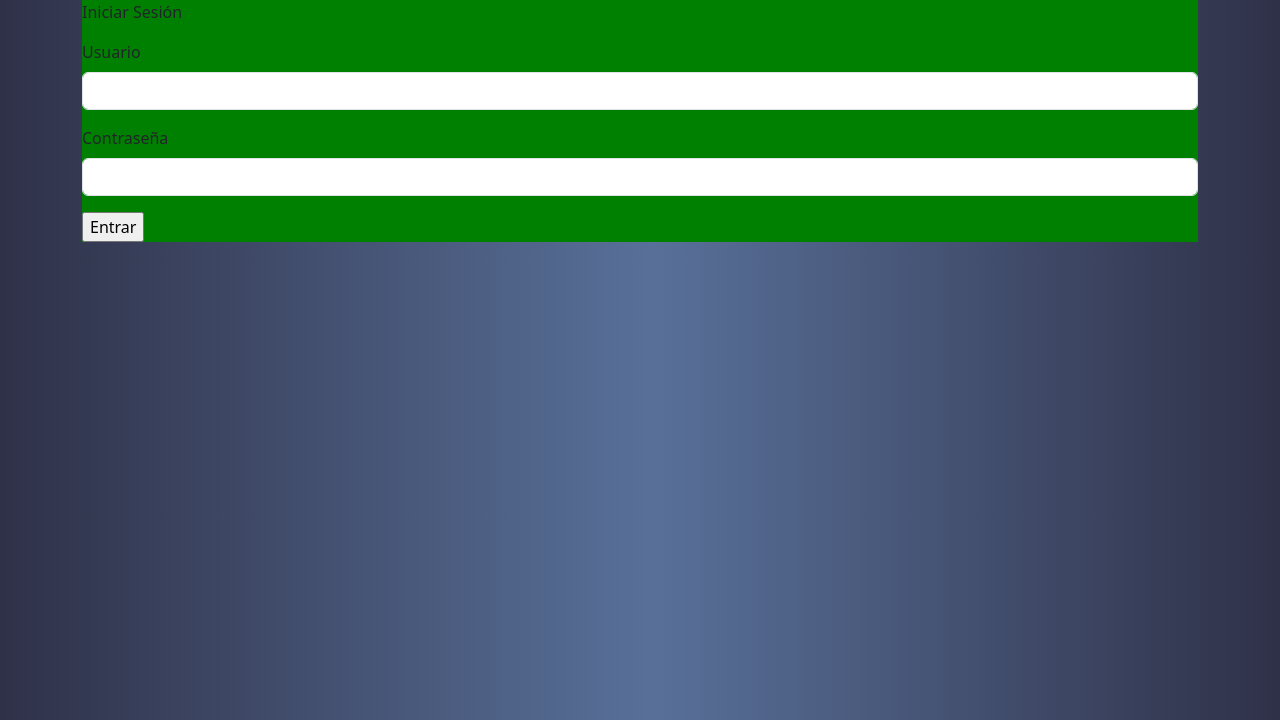
Repository: ingandresmolero/AdministrativoBarber
Page: http://localhost/
The author's editor kept a copy of each file at every save. The page is drawn from the files as they stood at one save, then again after the next save.
The browser window is 1280 px wide. The pictures show the whole page.
The page is run by PHP 8.4 with error messages shown; the project is at /var/www/html/. Style sheets and scripts are compiled from the project's sources, by tool versions that may differ from the author's.

Above is the page before, as saved 2023-04-25 21:44:07.

### NEW/index.php
<?php include('php/login.php'); ?>
<!DOCTYPE html>
<html lang="en">

<head>
    <meta charset="UTF-8">
    <meta http-equiv="X-UA-Compatible" content="IE=edge">
    <meta name="viewport" content="width=device-width, initial-scale=1.0">
    <link href="https://cdn.jsdelivr.net/npm/bootstrap@5.3.0-alpha3/dist/css/bootstrap.min.css" rel="stylesheet" integrity="sha384-KK94CHFLLe+nY2dmCWGMq91rCGa5gtU4mk92HdvYe+M/SXH301p5ILy+dN9+nJOZ" crossorigin="anonymous">
    <link rel="stylesheet" href="../css/styles.min.css">
    <title>Login</title>
</head>

<body class="login-page">

    <section class="container">
        <div class="box">
            <p>Iniciar Sesión</p>
            <form action="" method="post">

                    <div class="mb-3 user">
                        <label for="exampleInputEmail1" class="form-label">Usuario</label>
                        <input type="text" class="form-control" name="usuario" id="exampleInputEmail1" aria-describedby="emailHelp">

                    </div>
                    <div class="mb-3 password">
                        <label for="exampleInputPassword1" class="form-label">Contraseña</label>
                        <input type="password" class="form-control" name="passw" id="exampleInputPassword1">
                    </div>

                    <p><input type="submit" name="login" value="Entrar"></p>
            </form>
        </div>
    </section>
    <script src="https://cdn.jsdelivr.net/npm/bootstrap@5.3.0-alpha3/dist/js/bootstrap.bundle.min.js" integrity="sha384-ENjdO4Dr2bkBIFxQpeoTz1HIcje39Wm4jDKdf19U8gI4ddQ3GYNS7NTKfAdVQSZe" crossorigin="anonymous"></script>
</body>

</html>

### NEW/php/login.php
<?php


  include("dbconn.php");
  session_start();
  if(isset($_POST["login"])){

    if($_POST["usuario"]== "" or $_POST["passw"]==""){
        echo "<center><h1>Usuario y contrasena no deben estar vacios</h1></center>";

}else{
    $username =$_POST["usuario"];
    $passw=$_POST["passw"];
    $query=$conn->prepare("SELECT * FROM usuarios WHERE user='$username' and passw='$passw'");
    $query -> execute();
    $control=$query ->fetch();

    if($control>0){
        $rol = $control['rol'];
        $_SESSION["username"]=$username;
        $_SESSION["rol"] =$rol;
        header("Location:views/dashboard.php");

    }
    echo "<center><h1>Algun dato incorrecto.</h1></center>";
  }

}
?>

### NEW/php/dbconn.php
<?php
try{
    $user = "root";
    $passw = "";
    $conn=new PDO("mysql:host=localhost;dbname=gestionsys",$user,$passw);

}catch(PDOException $e){
    print "Error!: " . $e->getMessage()."<br/>";
    die();
}


?>

### NEW/scss/styles.scss
@import 'components/header';
@import 'components/dashboard';
@import 'components/table-style';
@import 'components/buttons';
@import 'components/navigation';
@import 'components/fonts';
@import 'components/login-page';

### NEW/scss/components/header.scss
nav {
    .navbar-brand img {
        max-width: 50px;
        display: block;
    }
}

### NEW/scss/components/dashboard.scss
.elements {
    display: flex;
    margin: 3rem 0;
    justify-content: center;
    flex-direction: column;

    @media (min-width: 767px) {
        gap: 30px;
        flex-direction: row;
    }

    .card {
        .card-title {
            text-align: center;
        }
        .btn {
            display: block;
            width: max-content;
            margin: 0 auto;
        }

        @media only screen and (min-width: 768px) and (max-width: 979px) {
            text-align: center;
        }

        @media only screen and (max-width: 767px) {
            width: 85%;
            margin: 0 auto 30px;

            &:last-child {
                margin-bottom: initial;
            }
        }
    }
}

### NEW/scss/components/table-style.scss
@import "variables";

.table-responsive-sm {
    margin-bottom: 3rem;
}
.table-style {
    box-shadow: 0 0 20px rgba(0, 0, 0, 0.15);
    thead {
        background-color: $accentColor;
    }

    tr {
        color: #fff;
        line-height: 35px;
    }

    tr th {
        width: 22px;
        max-width: 95px;
        &:first-child {
            border-top-left-radius: 10px;
        }
        &:last-child {
            border-top-right-radius: 10px;
        }

        @media only screen and (max-width: 767px) {
            font-size: 14px;
            text-align: center;
        }
    }

    tbody {
        font-weight: bold;
        th {
            color: $accentColor;
            padding: 12px 10px;
        }

        tr {
            color: $primaryColor;
            &:hover {
                background-color: #f3f3f3;
                color: $accentColor;
                transition: .3s;
                th {
                    color: $accentColor;
                    transition: .3s;
                }
            }

            .action {
                padding: 12px 0;
            }
        }

        td {
            padding: 12px 10px;
            line-height: 22px;
            vertical-align: baseline;
            @media only screen and (max-width: 767px) {
                text-align: center;
                font-size: 14px;
            }
        }
    }
}

### NEW/scss/components/variables.scss
$primaryColor:#587099;
$lightenPrimary: lighten($primaryColor, 20%) !important;
$accentColor: #2F3148;

### NEW/scss/components/buttons.scss
@import "variables";
.table-btn {
    background-color: $accentColor;
    border-radius: 30px;
    border: 1px solid $accentColor;
    color: #fff;
    display: inline-block;
    line-height: initial;
    padding: 5px 20px;
    text-decoration: none;
    transition: .3s;
    font-weight: normal;
    &:hover,
    &:active {
        color: #fff;
        background-color: transparent;
        color: $accentColor;
    }

    @media only screen and (max-width: 767px) {
        padding: 5px 14px;
        font-size: 14px;
    }
}

.btn-style-1 {
    background-color: $accentColor;
    border: 1px solid $accentColor;
    color: #fff;
    display: inline-block;
    padding: 7px 21px;
    text-decoration: none;
    transition: .3s;
    margin-bottom: 12px;
    line-height: 22px;
    &:hover,
    &:active {
        border: 1px solid $accentColor;
        background-color: transparent;
        color: $accentColor;
    }
}

### NEW/scss/components/navigation.scss
@import "variables";

nav .pagination {
    margin-bottom: 2rem;
    @media (min-width: 768px) {
        display: inline-block !important;
        text-align: center;
        width: 100%;
    }
    @media only screen and (max-width: 767px) {
        justify-content: center;
    }
    & > li {
        white-space: nowrap;
        display: inline-block;
        margin: 0 5px;

        &.active a {
            background-color: $accentColor;
            color: #fff;
            pointer-events: none;
            opacity: 0.89;
        }
        &.disabled a {
            background-color: $accentColor;
            color: #fff;
            opacity: 0.89;
        }
        .page-link {
            color: $accentColor;
            padding: 4px 20px;
            border-radius: 30px !important;
            border: 2px solid $accentColor;
            border-color: $accentColor;
            transition: .3s;
            &:hover {
               background-color: $accentColor;
               color: #fff;
            }
        }
    }

    .pnum {
        @media only screen and (max-width: 767px) {
            display: none;
        }
    }
}

### NEW/scss/components/fonts.scss
@import "variables";

.page-heading {
    padding: 3rem 0 2rem;
    text-align: center;
    color: $accentColor;
}

### NEW/scss/components/login-page.scss
@import "variables";

body.login-page {
    background: rgb(47,49,72) !important;
    background: linear-gradient(90deg, rgba(47,49,72,1) 0%, rgba(88,112,153,1) 51%, rgba(47,49,72,1) 100%) !important;
}

.box {
    background-color: green;
}

After the next save:
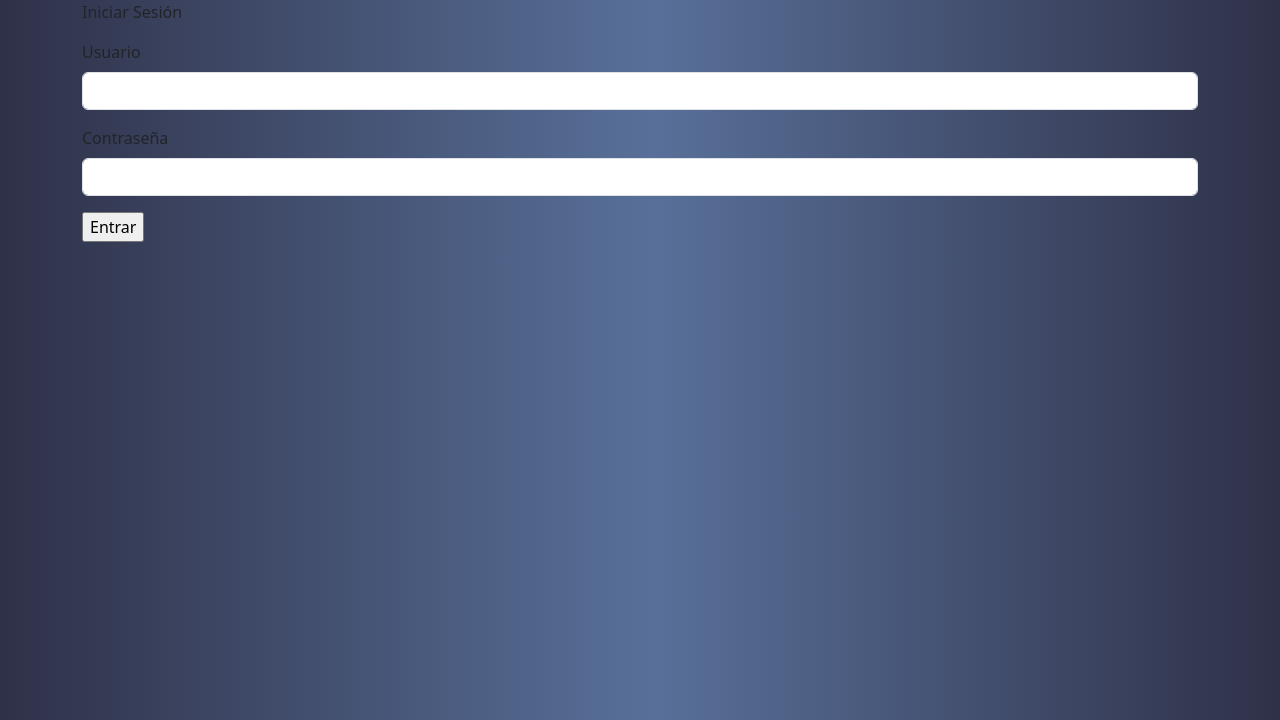
Saved 35 s later.
--- a/NEW/scss/components/login-page.scss
+++ b/NEW/scss/components/login-page.scss
@@ -4,7 +4,3 @@ body.login-page {
     background: rgb(47,49,72) !important;
     background: linear-gradient(90deg, rgba(47,49,72,1) 0%, rgba(88,112,153,1) 51%, rgba(47,49,72,1) 100%) !important;
 }
-
-.box {
-    background-color: green;
-}
